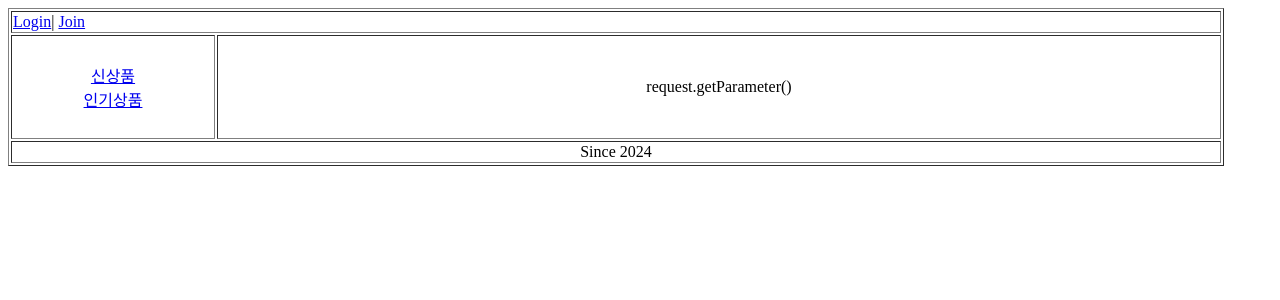
Repository: BancaKim/teamproject4
Page: http://localhost/JspDay3/Template/template.jsp
The author's editor kept a copy of each file at every save. The page is drawn from the files as they stood at one save, then again after the next save.
The browser window is 1280 px wide. The pictures show the whole page.
The page is served by Tomcat 9.

Above is the page before, as saved 2024-05-02 03:38:54.

### JspDay3/src/main/webapp/Template/template.jsp
<%@ page language="java" contentType="text/html; charset=EUC-KR"
    pageEncoding="EUC-KR"%>
<!DOCTYPE html>
<html>
<head>
<meta charset="EUC-KR">
<title>Insert title here</title>
</head>
<body>
    <%
        String select = request.getParameter("pageChange");

        if (select == null) {
            select = "bestitem.jsp";
        }
    %>
<table border='1'>
<tr>
<td colspan="2"><%@ include file="top.jsp" %>
</td></tr>
<tr>
<td width="200px"><%@ include file="left.jsp" %></td>
<td width="1000px" height="100px">
<center>

request.getParameter()

</center>
</td>
</tr>
<tr>
<td colspan="2"><%@ include file="bottom.jsp" %></td>
</tr>
</table>
</body>
</html>

### JspDay3/src/main/webapp/Template/top.jsp
<%@ page language="java" contentType="text/html; charset=EUC-KR"
    pageEncoding="EUC-KR"%>
<!DOCTYPE html>
<html>
<head>
<meta charset="EUC-KR">
<title>Insert title here</title>
</head>
<body>
<a href="#">Login</a>|
<a href="#">Join</a>
</body>
</html>

### JspDay3/src/main/webapp/Template/left.jsp
<%@ page language="java" contentType="text/html; charset=EUC-KR"
    pageEncoding="EUC-KR"%>
<!DOCTYPE html>
<html>
<head>
<meta charset="EUC-KR">
<title>Insert title here</title>
</head>
<body>
<center>
	<div><a href="?page=newitem">신상품</div>
	<div><a href="?page=bestitem">인기상품</div>
</center>
</body>
</html>

### JspDay3/src/main/webapp/Template/bottom.jsp
<%@ page language="java" contentType="text/html; charset=EUC-KR"
    pageEncoding="EUC-KR"%>
<!DOCTYPE html>
<html>
<head>
<meta charset="EUC-KR">
<title>Insert title here</title>
</head>
<body>
<center>
Since 2024
</center>
</body>
</html>

After the next save:
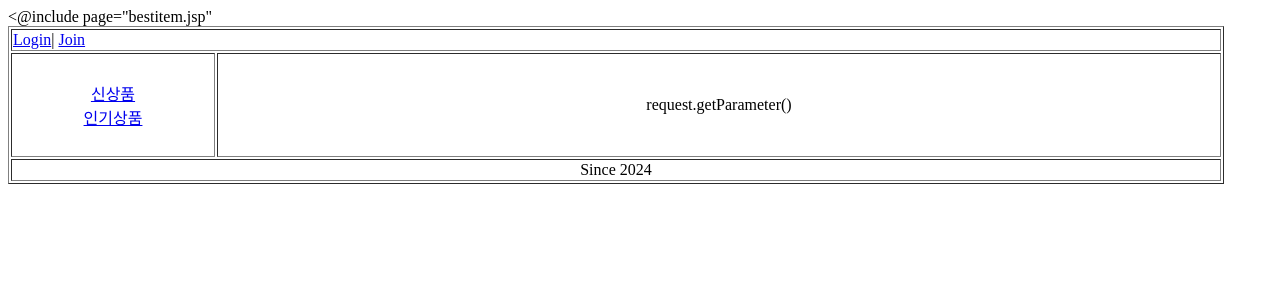
Saved 62 s later.
--- a/JspDay3/src/main/webapp/Template/template.jsp
+++ b/JspDay3/src/main/webapp/Template/template.jsp
@@ -17,7 +17,7 @@
 <table border='1'>
 <tr>
 <td colspan="2"><%@ include file="top.jsp" %>
-</td></tr>
+</td><@include page="<%=select%>"</tr>
 <tr>
 <td width="200px"><%@ include file="left.jsp" %></td>
 <td width="1000px" height="100px">
